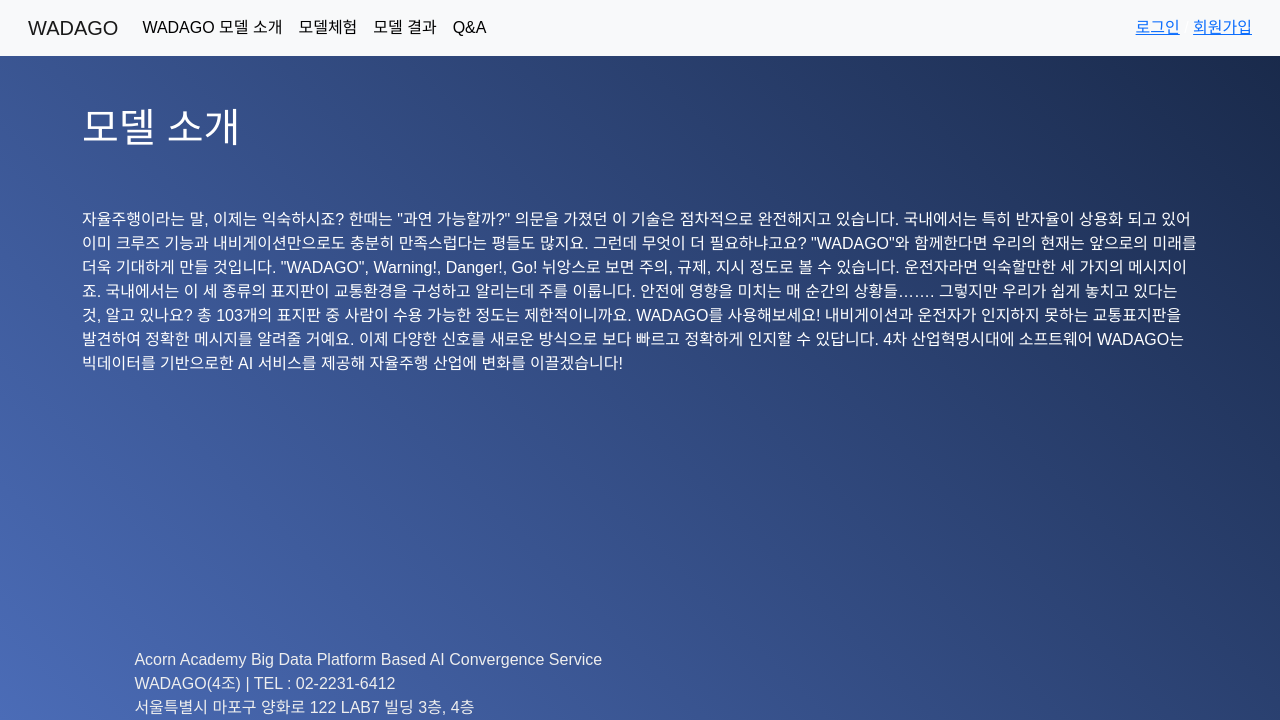
Repository: suchulchoi/Wadago_Project
Page: http://localhost/model/introduce
The author's editor kept a copy of each file at every save. The page is drawn from the files as they stood at one save, then again after the next save.
The browser window is 1280 px wide. The pictures show the whole page.
Some web fonts or font styles are not loaded; a fallback is used. The page is this project's Thymeleaf template; nobody is signed in. The template is opened directly, without the code that normally fills it, so the values that code supplies are empty.

Above is the page before, as saved 2022-07-28 02:45:58.

After the next save:
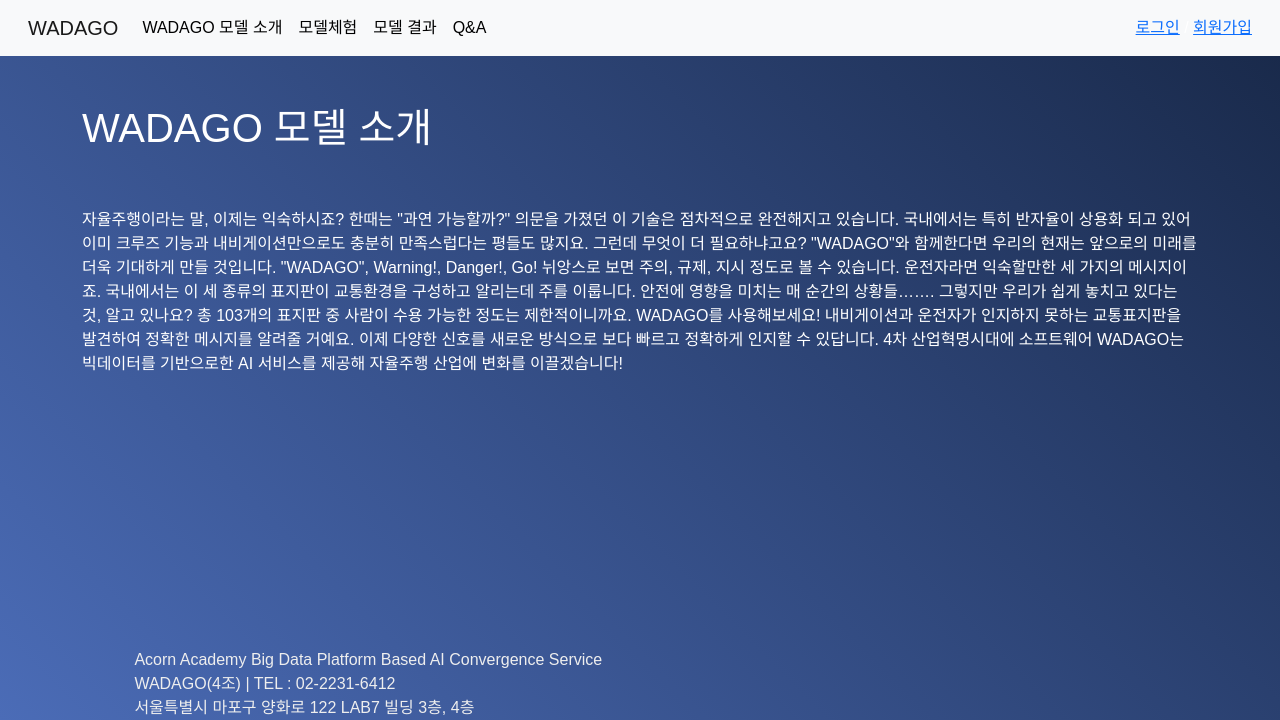
Saved 6 s later.
--- a/wadago_project/src/main/resources/templates/model/introduce.html
+++ b/wadago_project/src/main/resources/templates/model/introduce.html
@@ -9,7 +9,7 @@
      <header th:insert="header_nav.html"></header>
      <div class="container">
      <br><br>
-     <h1>모델 소개</h1>
+     <h1>WADAGO 모델 소개</h1>
      <br><br>
      <span>자율주행이라는 말, 이제는 익숙하시죠? 한때는 "과연 가능할까?" 의문을 가졌던 이 기술은 점차적으로 완전해지고 있습니다. 국내에서는 특히 반자율이 상용화 되고 있어 이미 크루즈 기능과 내비게이션만으로도 충분히 만족스럽다는 평들도 많지요. 그런데 무엇이 더 필요하냐고요? "WADAGO"와 함께한다면 우리의 현재는 앞으로의 미래를 더욱 기대하게 만들 것입니다.
 
